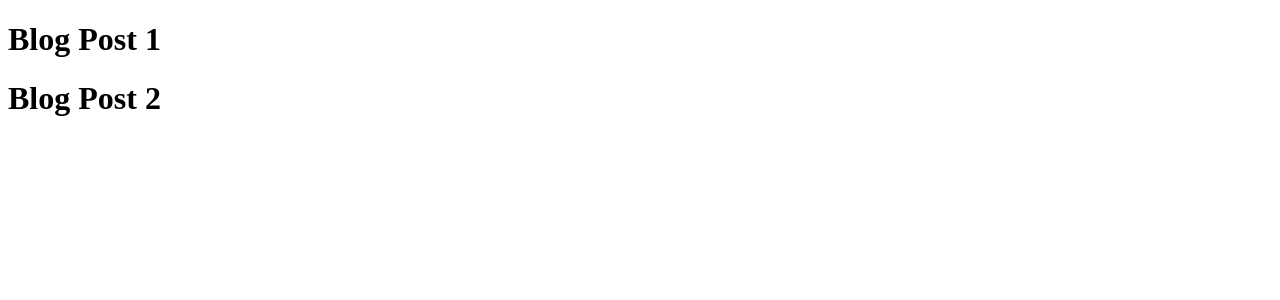
Repository: khanhdk0000/first_proj
Page: http://localhost/
An editor plug-in stored every save of this project. The page is shown before and after a run of saves, followed by the edit.
The browser window is 1280 px wide. The pictures show the whole page.
The page is served by the project's application, run on Flask 3 (flaskblog.py).

Above is the page before, as saved 2021-05-24 21:59:06.

After the next 9 saves:
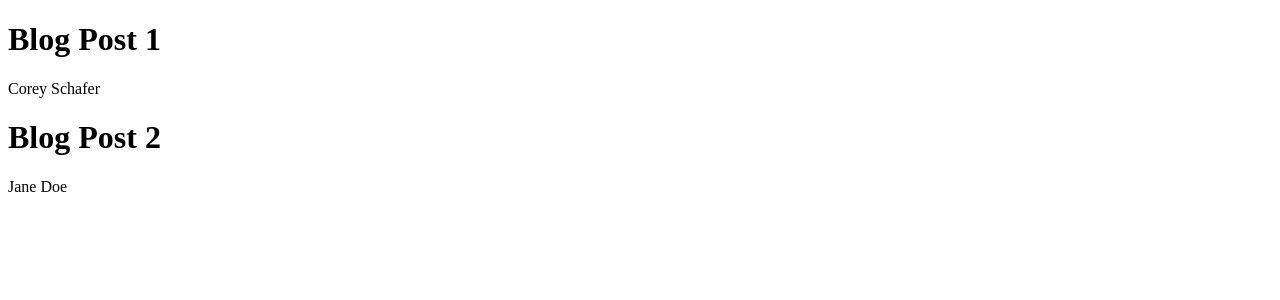
The 9 saves are shown as one change because they came seconds apart.
The last was saved 25 s later.
--- a/templates/home.html
+++ b/templates/home.html
@@ -6,6 +6,7 @@
 <body>
     {% for post in posts %}
         <h1>{{post.title}}</h1>
+        <p>{{ post.author }}</p>
     {% endfor %}
 </body>
 </html>
